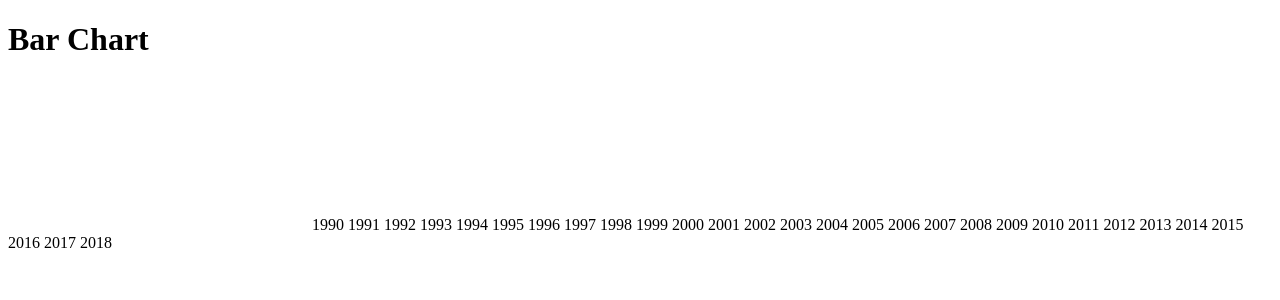
Repository: komalharjani/d3js-visualisation
Page: index.html
The author's editor kept a copy of each file at every save. The page is drawn from the files as they stood at one save, then again after the next save.
The browser window is 1280 px wide. The pictures show the whole page.

Above is the page before, as saved 2020-04-29 13:44:20.

### index.html
<!DOCTYPE html>
<html lang="en">
<head>
    <meta charset="UTF-8">
    <meta name="viewport" content="width=device-width, initial-scale=1.0">
    <title>Information Visualisation Practical 3</title>
</head>
<body>

    <div id="my_dataviz"></div>
    <h1>Bar Chart</h1>
    <svg class="bar-chart"></svg>
</body>
<script src="https://d3js.org/d3.v5.min.js"></script>
<script src="index.js"></script>
</html>

### index.js

let dataPath = "data/energy.csv";
d3.csv(dataPath)
        .then(function (data) {

                /**
                 * Boundaries
                 */
                let dateBoundaries = d3.extent(data, function (d) {
                        return parseFloat(d.year);
                });

                let energyBoundaries = d3.extent(data, function (d) {
                        return parseFloat(d.amount);
                });

                //Averages (rollup example)
                var energyAvgType = d3.nest()
                        .key(function (d) {
                                return d.type;
                        })
                        .rollup(function (v) {
                                return d3.mean(v, function (d) {
                                        return d.amount;
                                });
                        })
                        .entries(data);

                /**
                 * Combined USTOTAL Energy Use split by year, type and energy source
                 */
                let usTotal = d3.nest()
                        .key(function (d) {
                                if (d.region == "Combined") { return d.year }
                        })
                        .key(function (d) {
                                return d.type;
                        })
                        .key(function (d) {
                                return d.energySrc;
                        })
                        .entries(data);
                usTotal.shift();
                console.log(usTotal[0]);
                console.log(usTotal[0].amount);

                var body = d3.select("body")
                .selectAll("span")
                .data(usTotal)
                .enter()
                .append("span")
                .text(function(d,i) {
                        return d.key + "\n"});

                //INSERT BAR CHART HERE

        });

After the next save:
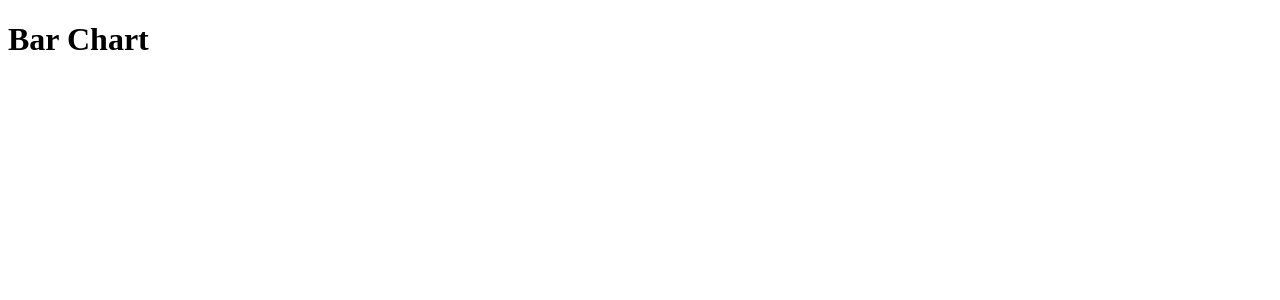
Console error: TypeError: Cannot read properties of undefined (reading 'amount')
Saved 23 s later.
--- a/index.js
+++ b/index.js
@@ -42,7 +42,7 @@
                         .entries(data);
                 usTotal.shift();
                 console.log(usTotal[0]);
-                console.log(usTotal[0].amount);
+                console.log(usTotal.year.amount);
 
                 var body = d3.select("body")
                 .selectAll("span")

After the 5 saves that followed:
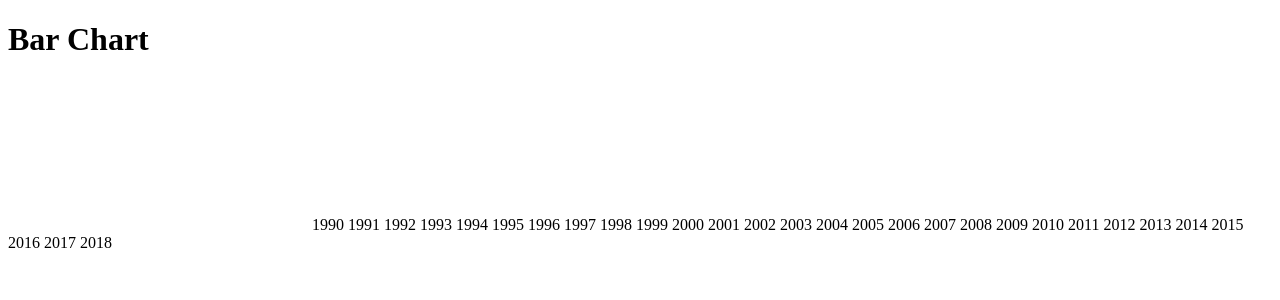
The error is gone.
The 5 saves are shown as one change because 4 left the picture as it was.
The last was saved 48 s later.
--- a/index.js
+++ b/index.js
@@ -42,7 +42,6 @@
                         .entries(data);
                 usTotal.shift();
                 console.log(usTotal[0]);
-                console.log(usTotal.year.amount);
 
                 var body = d3.select("body")
                 .selectAll("span")
